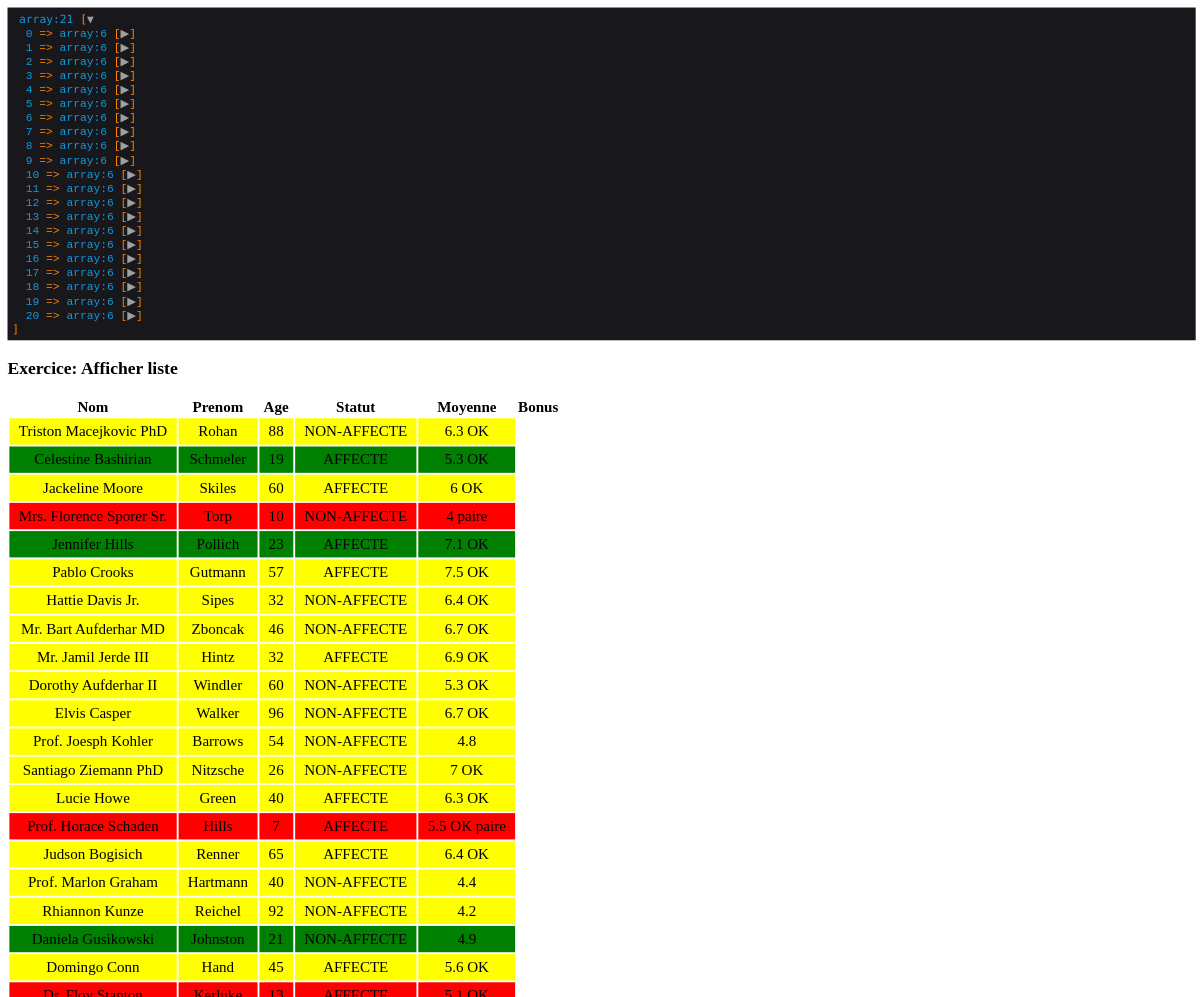
Repository: Bfabien99/PHPREPO
Page: http://localhost/
These files come from the project's save history. The page is drawn as it stood at one moment and after a run of saves; the edit follows.
The browser window is 1280 px wide. The pictures show the whole page, at 94% of full size.
The page is run by PHP 8.4 with error messages shown; the project is at /var/www/html/.

Above is the page before, as saved 2021-12-10 12:26:54.

After the next 2 saves:
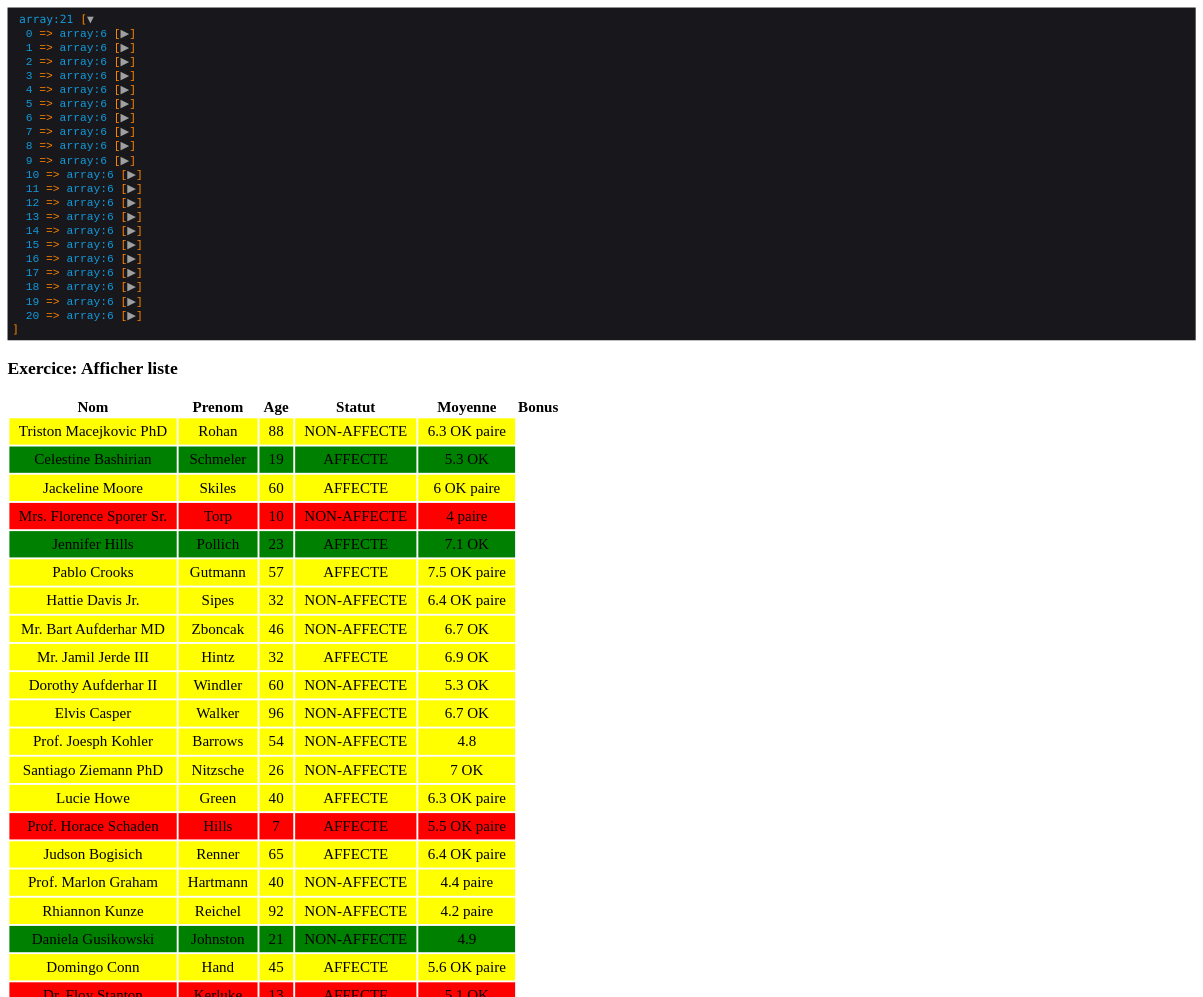
The 2 saves are shown as one change because they came seconds apart.
The last was saved 17 s later.
--- a/MakeFakeData/src/index.php
+++ b/MakeFakeData/src/index.php
@@ -112,7 +112,7 @@ function paire ($moy){
                 <td><?=$value["prenom"]?></td>
                 <td><?= $value["age"] ?></td>
                 <td><?= $value["statut"] ?></td>
-				<td><?= $moy ?> <span class="<?= admis($moy) ?>" > OK </span> </td>
+				<td><?= $moy ?> <span class="<?= admis($moy) ?>" > OK </span> <span class="<?= paire($moy) ?>" > paire </span></td>
             </tr>
 			<?php break;
 				case ($age > 25):
@@ -122,7 +122,7 @@ function paire ($moy){
                 <td><?=$value["prenom"]?></td>
                 <td><?= $value["age"] ?></td>
                 <td><?= $value["statut"] ?></td>
-				<td><?= $moy ?> <span class="<?= admis($moy) ?>" > OK </span> </td>
+				<td><?= $moy ?> <span class="<?= admis($moy) ?>" > OK </span> <span class="<?= paire($moy) ?>" > paire </span></td>
             </tr>
 			<?php
 			break;}
